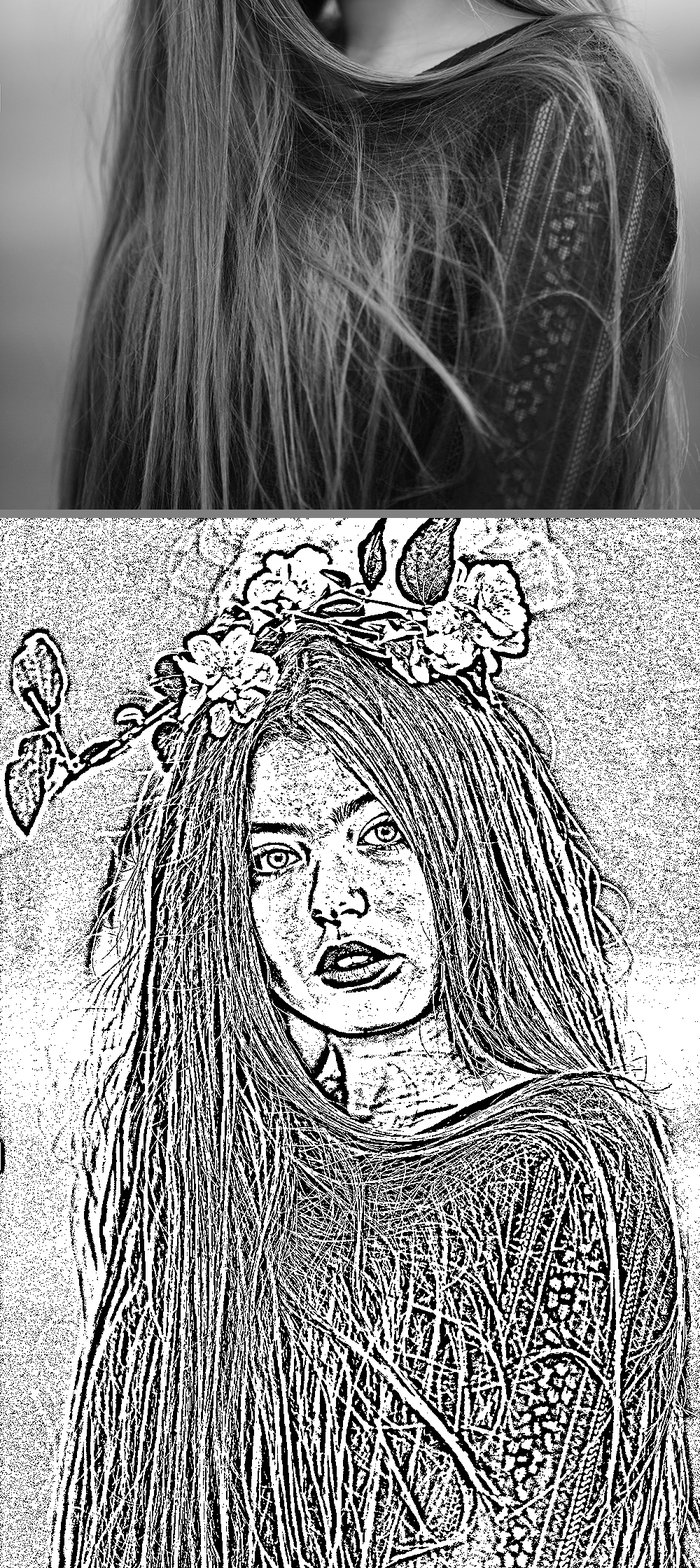
Repository: dongquan1504/ThiGiacMayTinh
Script's output: python threshold.py
The author's editor kept a copy of each file at every save. The script's output is drawn from the files as they stood at one save, then again after the next save.
The pictures show rows 772 to 3012 of an output 3012 px tall, at 70% of full size.
Each picture stacks the figures in order, with grey between them; figures that are only written to a file come last. Random numbers start from a fixed seed. It also reads images.jpg.

Above is the script's output before, as saved 2023-12-28 17:14:18.

### threshold.py
import cv2

# Đường dẫn đến ảnh cần xử lý
image_path = "images.jpg"

# Đọc ảnh từ đường dẫn và chuyển đổi sang ảnh thang độ xám
img = cv2.imread(image_path, cv2.IMREAD_GRAYSCALE)

# Áp dụng ngưỡng đa cấp (Adaptive Thresholding)
adaptive_threshold = cv2.adaptiveThreshold(img, 255, cv2.ADAPTIVE_THRESH_MEAN_C, cv2.THRESH_BINARY, 15, 2)
#255 là giá trị pixel tối đa đầu ra
# cv2.ADAPTIVE_THRESH_MEAN_C là phương pháp tính toán ngưỡng
# cv2.THRESH_BINARY là kiểu ngưỡng
# 11 là kích thước của cửa sổ (là kích thước của khu vực lân cận được sử dụng để tính toán ngưỡng)
# 2 là hằng số trừ đi từ trung bình hoặc trung vị được tính toán.

# Hiển thị ảnh gốc và ảnh đã xử lý
cv2.imshow('Original Image', img)
cv2.imshow('Adaptive Thresholding', adaptive_threshold)
cv2.waitKey(0)
cv2.destroyAllWindows()

After the next save:
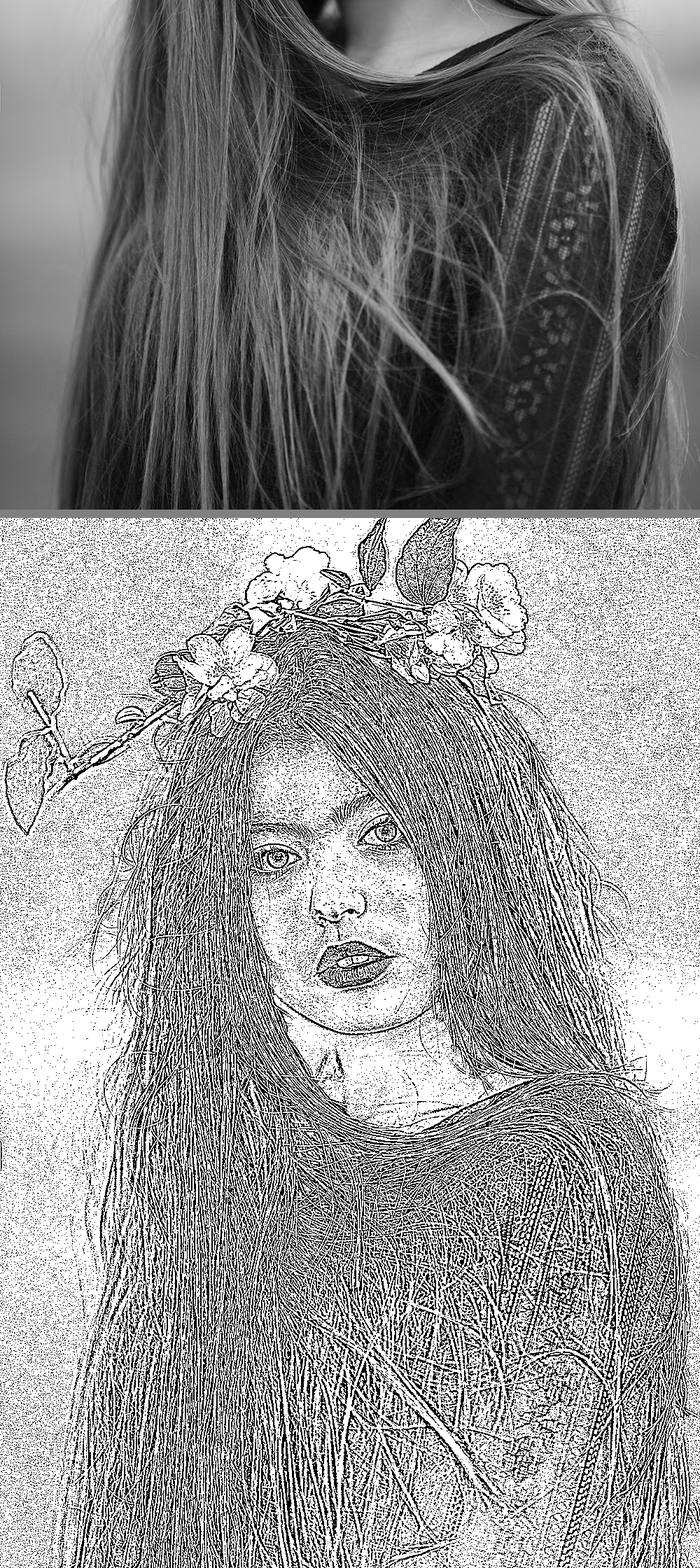
Saved 14 s later.
--- a/threshold.py
+++ b/threshold.py
@@ -7,7 +7,7 @@ image_path = "images.jpg"
 img = cv2.imread(image_path, cv2.IMREAD_GRAYSCALE)
 
 # Áp dụng ngưỡng đa cấp (Adaptive Thresholding)
-adaptive_threshold = cv2.adaptiveThreshold(img, 255, cv2.ADAPTIVE_THRESH_MEAN_C, cv2.THRESH_BINARY, 15, 2)
+adaptive_threshold = cv2.adaptiveThreshold(img, 255, cv2.ADAPTIVE_THRESH_MEAN_C, cv2.THRESH_BINARY, 5, 2)
 #255 là giá trị pixel tối đa đầu ra
 # cv2.ADAPTIVE_THRESH_MEAN_C là phương pháp tính toán ngưỡng
 # cv2.THRESH_BINARY là kiểu ngưỡng
